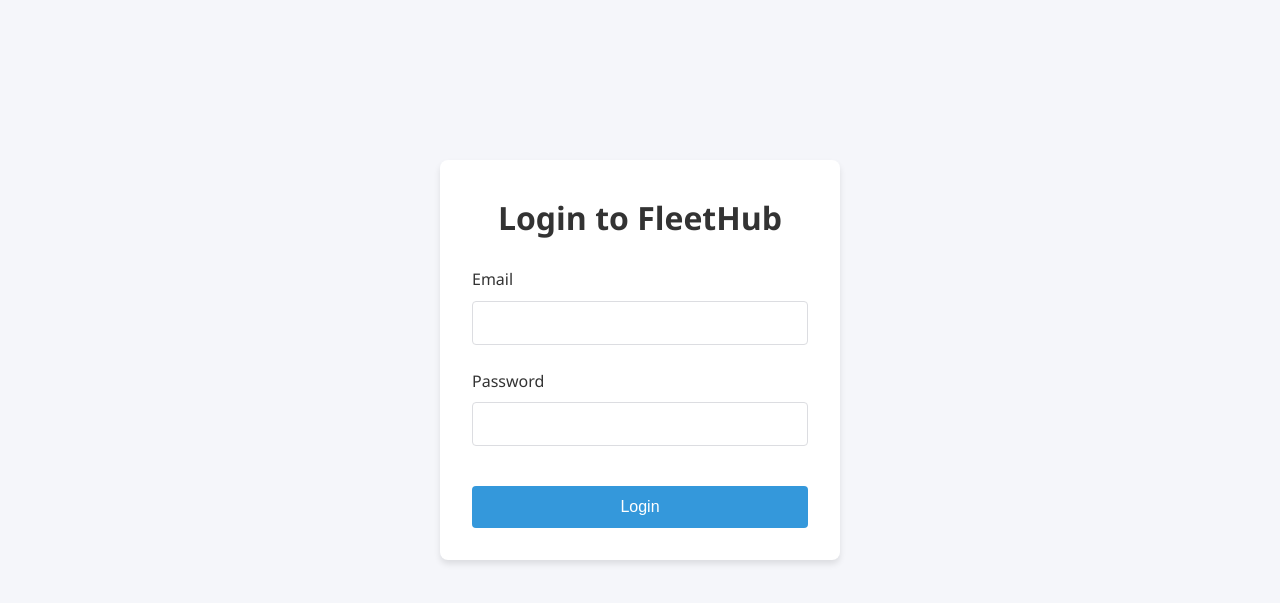
Repository: fevren2001/fleethub
Page: / (app in fleethub-frontend/)
An editor plug-in stored every save of this project. The page is shown before and after the next save, followed by the edit.
The browser window is 1280 px wide. The pictures show the whole page.
The project was rebuilt for these pictures with package versions that can differ from the ones it lists, and the page was loaded fresh each time. Also part of the build but not shown: fleethub-frontend/vite.config.ts, fleethub-frontend/src/components/common/Navbar.tsx, fleethub-frontend/src/components/common/Sidebar.tsx, fleethub-frontend/src/components/common/MainLayout.tsx, fleethub-frontend/src/api/deliveries.ts, fleethub-frontend/src/pages/Dashboard.tsx, fleethub-frontend/src/pages/Register.tsx, fleethub-frontend/src/api/drivers.ts and 18 more.

Above is the page before, as saved 2025-07-22 01:45:28.

After the next save:
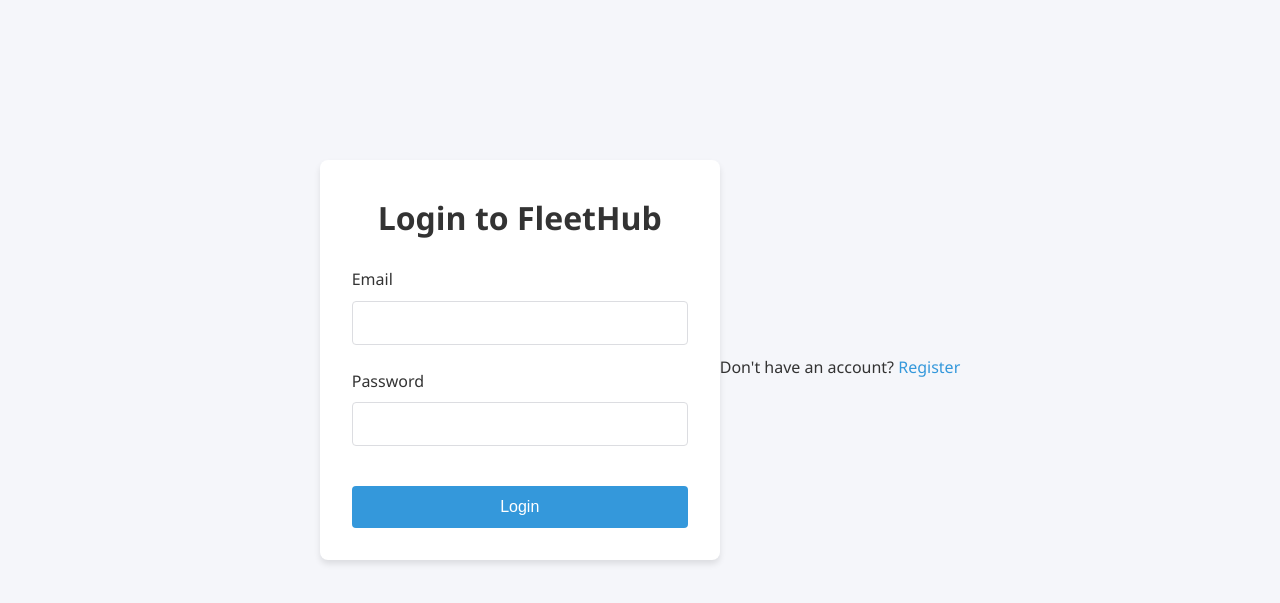
Saved 2 min 43 s later.
--- a/fleethub-frontend/src/pages/Login.tsx
+++ b/fleethub-frontend/src/pages/Login.tsx
@@ -61,6 +61,10 @@
           <button type="submit" className="login-button">Login</button>
         </form>
       </div>
+      <div style={{ textAlign: 'center', marginTop: 16 }}>
+        Don't have an account?{' '}
+        <span style={{ color: '#3498db', cursor: 'pointer' }} onClick={() => navigate('/register')}>Register</span>
+      </div>
     </div>
   );
 };
